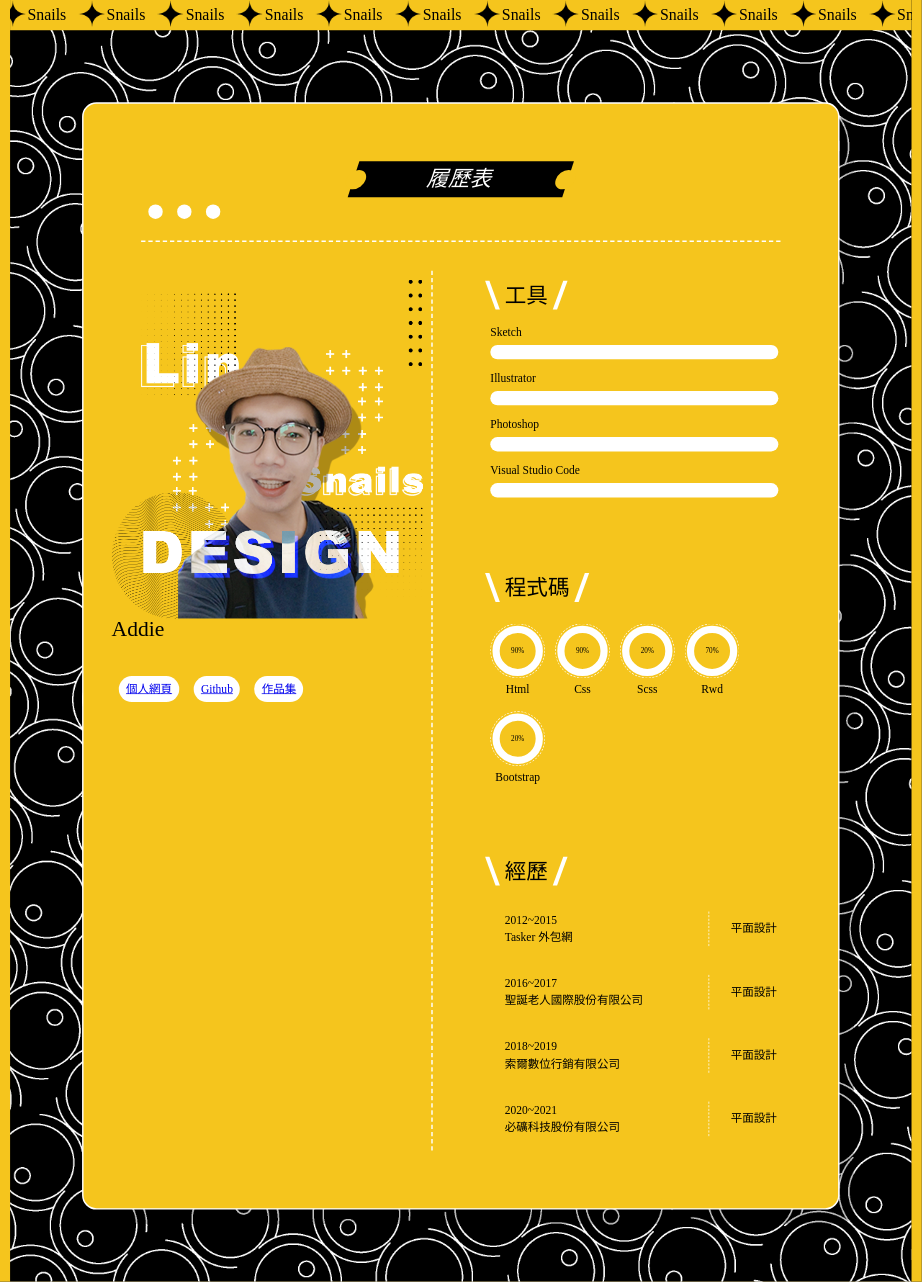
Repository: addie1988/resume
Page: index.html
The author's editor kept a copy of each file at every save. The page is drawn from the files as they stood at one save, then again after the next save.
The browser window is 1280 px wide. The pictures show the whole page, at 72% of full size.

Above is the page before, as saved 2021-11-24 13:33:26.
Not found: js/style.js

### index.html
<!DOCTYPE html>
<html lang="en">

<head>
    <meta charset="UTF-8">
    <meta http-equiv="X-UA-Compatible" content="IE=edge">
    <meta name="viewport" content="width=device-width, initial-scale=1.0">
    <title>ADDIE</title>
    <link rel="stylesheet" type="text/css" href="./css/style.css">
</head>

<body>

    <!-- personal -->
    <div class="personal">
        <!-- Carousel -->
        <div class="Carousel">
            <div class="Carousel_content" id="Carousel"></div>
        </div>
        <div class="personal_content">
            <!-- resume > 履歷 -->
            <div class="resume">
                <div class="resume_title">
                    <h1>履歷表</h1>
                </div>
                <div class="resume_content">
                    <ul>
                        <li></li>
                        <li></li>
                        <li></li>
                    </ul>
                </div>
                <!-- main -->
                <div class="main">
                    <!-- personal_information > 個人資訊 -->
                    <div class="personal_information">
                        <div class="personal_information_img"><img src="./images/Visualize1.png"></div>
                        <div class="name">
                            <h1>Addie</h1>
                        </div>
                        <!-- work -->
                        <div class="work">
                            <div class="work_contwnt">
                                <ul>
                                    <li><a href="#">個人網頁</a></li>
                                    <li><a href="#">Github</a></li>
                                    <li><a href="#">作品集</a></li>
                                </ul>
                            </div>
                        </div>
                    </div>


                    <!-- personal_experience > 個人經歷 -->
                    <div class="personal_experience">

                        <!-- Code -->
                        <div class="tool">
                            <div class="tool_content">
                                <h1>工具</h1>
                                <ul>
                                    <li>
                                        <p>Sketch</p>
                                        <span></span>
                                    </li>
                                    <li>
                                        <p>Illustrator</p>
                                        <span></span>
                                    </li>
                                    <li>
                                        <p>Photoshop</p>
                                        <span></span>
                                    </li>
                                    <li>
                                        <p>Visual Studio Code</p>
                                        <span></span>
                                    </li>
                                </ul>
                            </div>
                        </div>

                        <!-- Code -->
                        <div class="Code">
                            <div class="Code_content">
                                <h1>程式碼</h1>
                                <ul>
                                    <li>
                                        <div class="chart"><span><i>90%</i></span></div>
                                        <p>Html</p>
                                    </li>
                                    <li>
                                        <div class="chart"><span><i>90%</i></span></div>
                                        <p>Css</p>
                                    </li>
                                    <li>
                                        <div class="chart"><span><i>20%</i></span></div>
                                        <p>Scss</p>
                                    </li>
                                    <li>
                                        <div class="chart"><span><i>70%</i></span></div>
                                        <p>Rwd</p>
                                    </li>
                                    <li>
                                        <div class="chart"><span><i>20%</i></span></div>
                                        <p>Bootstrap</p>
                                    </li>
                                </ul>
                            </div>
                        </div>

                        <!-- work_experience -->
                        <div class="work_experience">
                            <div class="work_experience_content">
                                <h1>經歷</h1>
                                <ul>
                                    <li>
                                        <div class="work_experience_content_title">
                                            <p>2012~2015</p>
                                            <i>Tasker 外包網</i>
                                        </div>
                                        <span>
                                            <section>平面設計</section>
                                        </span>
                                    </li>
                                    <li>
                                        <div class="work_experience_content_title">
                                            <p>2016~2017</p>
                                            <i>聖誕老人國際股份有限公司</i>
                                        </div>
                                        <span>
                                            <section>平面設計</section>
                                        </span>
                                    </li>
                                    <li>
                                        <div class="work_experience_content_title">
                                            <p>2018~2019</p>
                                            <i>索爾數位行銷有限公司</i>
                                        </div>
                                        <span>
                                            <section>平面設計</section>
                                        </span>
                                    </li>
                                    <li>
                                        <div class="work_experience_content_title">
                                            <p>2020~2021</p>
                                            <i>必礦科技股份有限公司</i>
                                        </div>
                                        <span>
                                            <section>平面設計</section>
                                        </span>
                                    </li>
                                </ul>
                            </div>
                        </div>
                    </div>
                </div>
            </div>
        </div>
          <!-- carousel_second_round -->
          <div class="carousel_second_round">
            <div class="carousel_content" id="carousel_second_round"></div>
        </div>
    </div>

    <!-- js -->
    <script src="./js/style.js"></script>
    <!-- jq -->
    <script src="https://cdnjs.cloudflare.com/ajax/libs/jquery/3.3.1/jquery.min.js"></script>
    <script>
        $('#Carousel').load("./Carousel.html #Carousel");
    </script>

</body>

</html>

### Carousel.html
<ul id="Carousel">
    <li>Snails</li><li>Snails</li><li>Snails</li><li>Snails</li><li>Snails</li><li>Snails</li><li>Snails</li><li>Snails</li><li>Snails</li><li>Snails</li><li>Snails</li><li>Snails</li>
    <li>Snails</li><li>Snails</li><li>Snails</li><li>Snails</li><li>Snails</li><li>Snails</li><li>Snails</li><li>Snails</li><li>Snails</li><li>Snails</li><li>Snails</li><li>Snails</li>
    <li>Snails</li><li>Snails</li><li>Snails</li><li>Snails</li><li>Snails</li><li>Snails</li><li>Snails</li><li>Snails</li><li>Snails</li><li>Snails</li><li>Snails</li><li>Snails</li>
    <li>Snails</li><li>Snails</li><li>Snails</li><li>Snails</li><li>Snails</li><li>Snails</li><li>Snails</li><li>Snails</li><li>Snails</li><li>Snails</li><li>Snails</li><li>Snails</li>
    <li>Snails</li><li>Snails</li><li>Snails</li><li>Snails</li><li>Snails</li><li>Snails</li><li>Snails</li><li>Snails</li><li>Snails</li><li>Snails</li><li>Snails</li><li>Snails</li>
    <li>Snails</li><li>Snails</li><li>Snails</li><li>Snails</li><li>Snails</li><li>Snails</li><li>Snails</li><li>Snails</li><li>Snails</li><li>Snails</li><li>Snails</li><li>Snails</li>
    <li>Snails</li><li>Snails</li><li>Snails</li><li>Snails</li><li>Snails</li><li>Snails</li><li>Snails</li><li>Snails</li><li>Snails</li><li>Snails</li><li>Snails</li><li>Snails</li>
    <li>Snails</li><li>Snails</li><li>Snails</li><li>Snails</li><li>Snails</li><li>Snails</li><li>Snails</li><li>Snails</li><li>Snails</li><li>Snails</li><li>Snails</li><li>Snails</li>
    <li>Snails</li><li>Snails</li><li>Snails</li><li>Snails</li><li>Snails</li><li>Snails</li><li>Snails</li><li>Snails</li><li>Snails</li><li>Snails</li><li>Snails</li><li>Snails</li>
    <li>Snails</li><li>Snails</li><li>Snails</li><li>Snails</li><li>Snails</li><li>Snails</li><li>Snails</li><li>Snails</li><li>Snails</li><li>Snails</li><li>Snails</li><li>Snails</li>
    <li>Snails</li><li>Snails</li><li>Snails</li><li>Snails</li><li>Snails</li><li>Snails</li><li>Snails</li><li>Snails</li><li>Snails</li><li>Snails</li><li>Snails</li><li>Snails</li>
    <li>Snails</li><li>Snails</li><li>Snails</li><li>Snails</li><li>Snails</li><li>Snails</li><li>Snails</li><li>Snails</li><li>Snails</li><li>Snails</li><li>Snails</li><li>Snails</li>
    <li>Snails</li><li>Snails</li><li>Snails</li><li>Snails</li><li>Snails</li><li>Snails</li><li>Snails</li><li>Snails</li><li>Snails</li><li>Snails</li><li>Snails</li><li>Snails</li>
    <li>Snails</li><li>Snails</li><li>Snails</li><li>Snails</li><li>Snails</li><li>Snails</li><li>Snails</li><li>Snails</li><li>Snails</li><li>Snails</li><li>Snails</li><li>Snails</li>
    <li>Snails</li><li>Snails</li><li>Snails</li><li>Snails</li><li>Snails</li><li>Snails</li><li>Snails</li><li>Snails</li><li>Snails</li><li>Snails</li><li>Snails</li><li>Snails</li>
    <li>Snails</li><li>Snails</li><li>Snails</li><li>Snails</li><li>Snails</li><li>Snails</li><li>Snails</li><li>Snails</li><li>Snails</li><li>Snails</li><li>Snails</li><li>Snails</li>
    <li>Snails</li><li>Snails</li><li>Snails</li><li>Snails</li><li>Snails</li><li>Snails</li><li>Snails</li><li>Snails</li><li>Snails</li><li>Snails</li><li>Snails</li><li>Snails</li>
    <li>Snails</li><li>Snails</li><li>Snails</li><li>Snails</li><li>Snails</li><li>Snails</li><li>Snails</li><li>Snails</li><li>Snails</li><li>Snails</li><li>Snails</li><li>Snails</li>
    <li>Snails</li><li>Snails</li><li>Snails</li><li>Snails</li><li>Snails</li><li>Snails</li><li>Snails</li><li>Snails</li><li>Snails</li><li>Snails</li><li>Snails</li><li>Snails</li>
    <li>Snails</li><li>Snails</li><li>Snails</li><li>Snails</li><li>Snails</li><li>Snails</li><li>Snails</li><li>Snails</li><li>Snails</li><li>Snails</li><li>Snails</li><li>Snails</li>
    <li>Snails</li><li>Snails</li><li>Snails</li><li>Snails</li><li>Snails</li><li>Snails</li><li>Snails</li><li>Snails</li><li>Snails</li><li>Snails</li><li>Snails</li><li>Snails</li>
    <li>Snails</li><li>Snails</li><li>Snails</li><li>Snails</li><li>Snails</li><li>Snails</li><li>Snails</li><li>Snails</li><li>Snails</li><li>Snails</li><li>Snails</li><li>Snails</li>
    <li>Snails</li><li>Snails</li><li>Snails</li><li>Snails</li><li>Snails</li><li>Snails</li><li>Snails</li><li>Snails</li><li>Snails</li><li>Snails</li><li>Snails</li><li>Snails</li>
    <li>Snails</li><li>Snails</li><li>Snails</li><li>Snails</li><li>Snails</li><li>Snails</li><li>Snails</li><li>Snails</li><li>Snails</li><li>Snails</li><li>Snails</li><li>Snails</li>
    <li>Snails</li><li>Snails</li><li>Snails</li><li>Snails</li><li>Snails</li><li>Snails</li><li>Snails</li><li>Snails</li><li>Snails</li><li>Snails</li><li>Snails</li><li>Snails</li>
    <li>Snails</li><li>Snails</li><li>Snails</li><li>Snails</li><li>Snails</li><li>Snails</li><li>Snails</li><li>Snails</li><li>Snails</li><li>Snails</li><li>Snails</li><li>Snails</li>
    <li>Snails</li><li>Snails</li><li>Snails</li><li>Snails</li><li>Snails</li><li>Snails</li><li>Snails</li><li>Snails</li><li>Snails</li><li>Snails</li><li>Snails</li><li>Snails</li>
    <li>Snails</li><li>Snails</li><li>Snails</li><li>Snails</li><li>Snails</li><li>Snails</li><li>Snails</li><li>Snails</li><li>Snails</li><li>Snails</li><li>Snails</li><li>Snails</li>
    <li>Snails</li><li>Snails</li><li>Snails</li><li>Snails</li><li>Snails</li><li>Snails</li><li>Snails</li><li>Snails</li><li>Snails</li><li>Snails</li><li>Snails</li><li>Snails</li>
    <li>Snails</li><li>Snails</li><li>Snails</li><li>Snails</li><li>Snails</li><li>Snails</li><li>Snails</li><li>Snails</li><li>Snails</li><li>Snails</li><li>Snails</li><li>Snails</li>
    <li>Snails</li><li>Snails</li><li>Snails</li><li>Snails</li><li>Snails</li><li>Snails</li><li>Snails</li><li>Snails</li><li>Snails</li><li>Snails</li><li>Snails</li><li>Snails</li>
    <li>Snails</li><li>Snails</li><li>Snails</li><li>Snails</li><li>Snails</li><li>Snails</li><li>Snails</li><li>Snails</li><li>Snails</li><li>Snails</li><li>Snails</li><li>Snails</li>
    <li>Snails</li><li>Snails</li><li>Snails</li><li>Snails</li><li>Snails</li><li>Snails</li><li>Snails</li><li>Snails</li><li>Snails</li><li>Snails</li><li>Snails</li><li>Snails</li>
</ul>

Loaded but not shown: css/style.css (848 lines, source omitted)

After the next save:
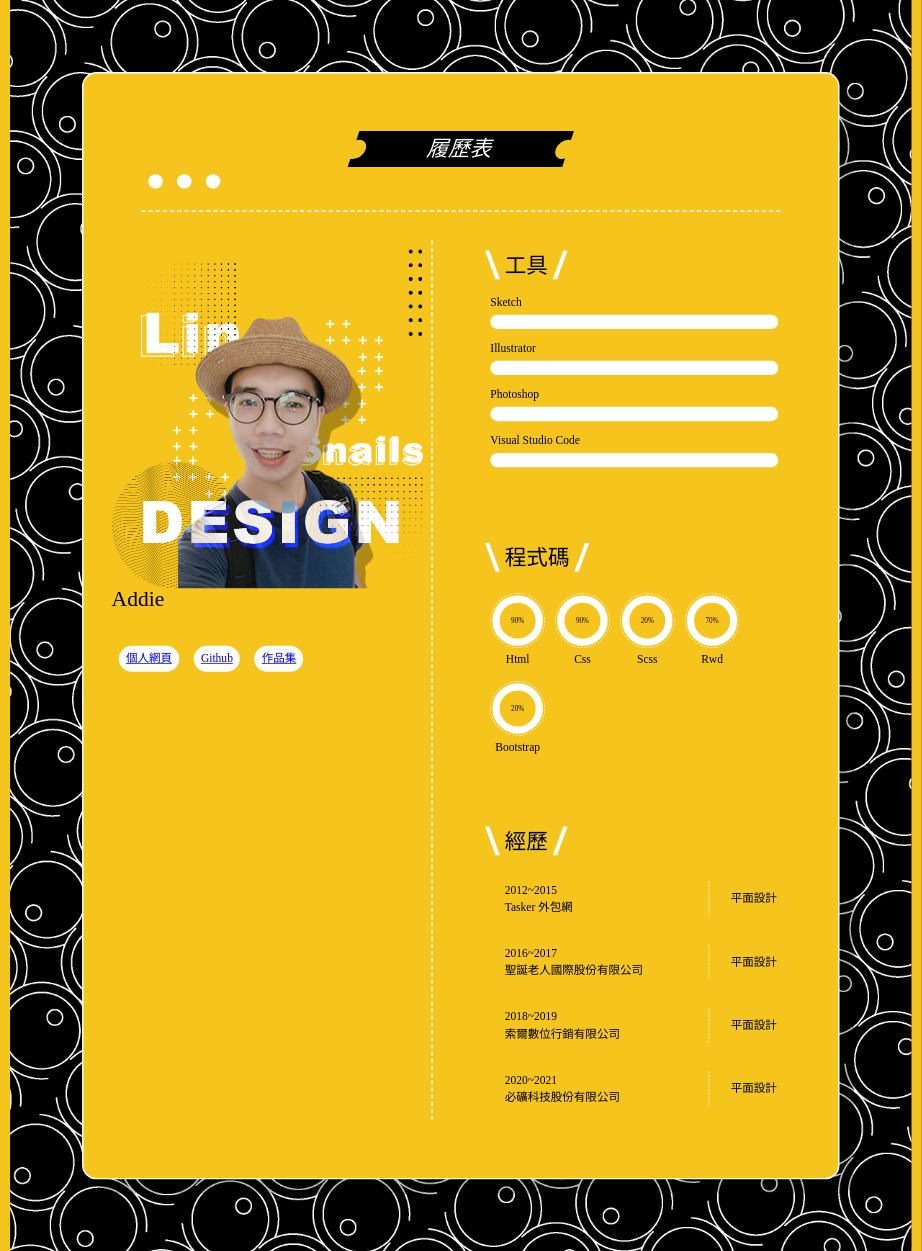
Saved 6 s later.
--- a/index.html
+++ b/index.html
@@ -167,7 +167,7 @@
     <!-- jq -->
     <script src="https://cdnjs.cloudflare.com/ajax/libs/jquery/3.3.1/jquery.min.js"></script>
     <script>
-        $('#Carousel').load("./Carousel.html #Carousel");
+        $('#carousel').load("./carousel.html #carousel");
     </script>
 
 </body>
